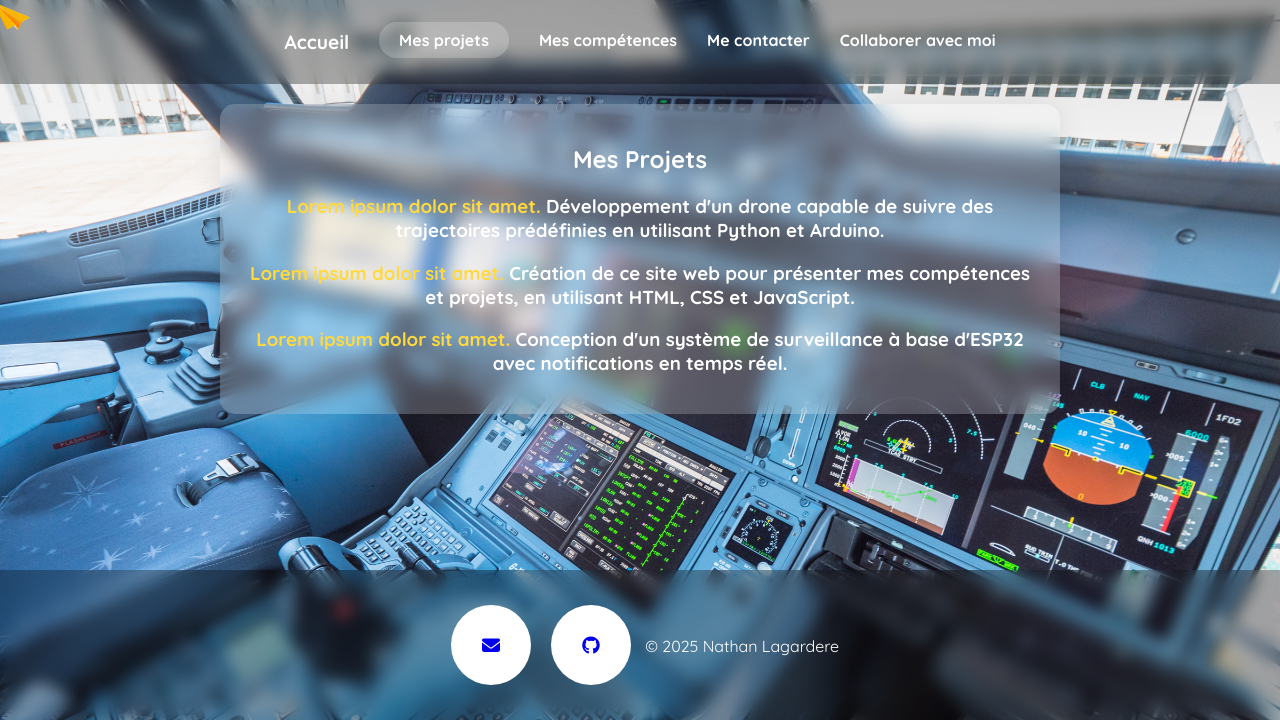
Repository: nlagardere/myportfolio
Page: projects.html
The author's editor kept a copy of each file at every save. The page is drawn from the files as they stood at one save, then again after a run of saves.
The browser window is 1280 px wide. The pictures show the whole page.

Above is the page before, as saved 2025-09-06 10:59:23.

### projects.html
<!DOCTYPE html>
<html lang="fr">
<head>
  <meta charset="UTF-8">
  <meta name="viewport" content="width=device-width, initial-scale=1.0">
  <title>Portfolio</title>

  <link href="https://fonts.googleapis.com/css2?family=Exo+2:wght@400;700&family=Quicksand:wght@400;700&display=swap" rel="stylesheet">
  <link rel="stylesheet" href="https://cdnjs.cloudflare.com/ajax/libs/font-awesome/6.5.0/css/all.min.css">

  <style>
    html{
      scroll-behavior: smooth;
      cursor: none;
    }

    body {
      font-family: 'Quicksand', sans-serif;
      margin: 0;
      padding: 0;
      min-height: 100vh;
      display: flex;
      flex-direction: column;
      background: url('a350.jpg') no-repeat center center;
      background-size: cover;
      color: #fff;

    }

    header {
      text-align: center;
      padding: 30px 20px;
      background: rgba(0,0,0,0.3);
      backdrop-filter: blur(8px);
    }

    .glasscard, .competences {
      background: rgba(255, 255, 255, 0.2);
      border-radius: 15px;
      padding: 20px;
      margin: 20px auto;
      max-width: 800px;
      backdrop-filter: blur(10px);
      box-shadow: 0 4px 30px rgba(0,0,0,0.1);
      text-align: center;
      animation: zoomPop 1s ease forwards;
      color: white;
    }

    .highlight {
      color: #FFD93D;
      font-weight: bold;
    }

    @keyframes zoomPop {
      0% { opacity: 0; transform: scale(0.1) translateZ(-800px); }
      60% { opacity: 1; transform: scale(1.2) translateZ(50px); }
      80% { transform: scale(0.95) translateZ(0); }
      100% { opacity: 1; transform: scale(1) translateZ(0); }
    }

    .wrapper {
      display: inline-flex;
      justify-content: center;
      list-style: none;
      padding: 20px 0;
      margin: 0 auto;
    }

    .wrapper .icon {
      position: relative;
      background: #ffffff;
      border-radius: 50%;
      padding: 15px;
      margin: 0 10px;
      width: 50px;
      height: 50px;
      font-size: 18px;
      display: flex;
      justify-content: center;
      align-items: center;
      cursor: pointer;
      transition: all 0.2s cubic-bezier(0.68, -0.55, 0.265, 1.55);
    }

    .wrapper .tooltip {
      position: absolute;
      bottom: 100%;
      left: 50%;
      transform: translateX(-50%) translateY(-10px);
      font-size: 14px;
      background: #333;
      color: #fff;
      padding: 5px 8px;
      border-radius: 5px;
      opacity: 0;
      pointer-events: none;
      white-space: nowrap;
      transition: all 0.3s cubic-bezier(0.68, -0.55, 0.265, 1.55);
      z-index: 10;
    }

    .wrapper .tooltip::before {
      content: "";
      position: absolute;
      top: 100%;
      left: 50%;
      transform: translateX(-50%) rotate(45deg);
      width: 8px;
      height: 8px;
      background: #333;
    }

    .wrapper .icon:hover .tooltip {
      opacity: 1;
      pointer-events: auto;
      transform: translateX(-50%) translateY(-15px);
    }

    .wrapper .mail:hover,
    .wrapper .mail:hover .tooltip,
    .wrapper .mail:hover .tooltip::before {
      background: #00CED1;
      color: #fff;
    }

    .wrapper .github:hover,
    .wrapper .github:hover .tooltip,
    .wrapper .github:hover .tooltip::before {
      background: #333333;
      color: #fff;
    }

    .footer{
      text-align: center;
      padding: 15px 20px;
      background: rgba(0,0,0,0.3);
      backdrop-filter: blur(8px);
      color: white;
      margin-top: auto;
    }

    .navbar ul {
      list-style: none;
      padding: 0;
      margin: 0;
      display: flex;
      justify-content: center;
      gap: 30px;
      flex-wrap: wrap;
    }
    .navbar ul li {
      display: inline;
    }
    .navbar ul li a {
      text-decoration: none;
      color: white;
      font-weight: bold;
      transition: color 0.3s;
    }
    .navbar ul li a:hover {
      color: #FFD93D;
    }

    .navbar .accueil a {
      font-size: 1.2em;
      font-weight: bold;
      color: #ffffff;
    }
    .navbar .accueil a:hover {
      color: #FFD93D;
    }

    .projets-wrapper {
      background: rgba(255, 255, 255, 0.2);
      backdrop-filter: blur(10px);
      padding: 8px 20px;
      border-radius: 25px;
      color: #fff;
      font-weight: bold;
      transition: all 0.3s ease;
    }

    .projets-wrapper:hover {
      background: rgba(255, 255, 255, 0.4);
      transform: scale(1.05);
      color: #FFD93D;
    }

    #mouse {
  position: fixed;
  top: 0;
  left: 0;
  width: 64px;
  height: 64px;
  background: url('cursor.png') no-repeat center center;
  background-size: contain;
  pointer-events: none; /* pour que le curseur ne bloque pas les clics */
  transform: translate(-50%, -50%);
  z-index: 9999;
  transform: translate(-35%, -25%);
  pointer-events: none;
}




    @media (max-width: 600px) {
      .letter-block .letter {
        font-size: 2.5em;
      }
    }

  </style>
</head>
<body>
  <div id="mouse"></div>
  <header>
    <nav class="navbar">
      <ul>
        <li class="accueil">
          <a href="index - Copie.html">Accueil</a>
        </li>
        <li><a href="projects.html" class="projets-wrapper">Mes projets</a></li>
        <li><a href="competences.html">Mes compétences</a></li>
        <li><a href="contact.html">Me contacter</a></li>
        <li><a href="collaborate.html">Collaborer avec moi</a></li>
      </ul>
    </nav>
  </header>

 <div calss="projects">
    <div class="glasscard">
      <h2>Mes Projets</h2>
      <h3><span class="highlight">Lorem ipsum dolor sit amet.</span> Développement d'un drone capable de suivre des trajectoires prédéfinies en utilisant Python et Arduino.</h3>
      <h3><span class="highlight">Lorem ipsum dolor sit amet.</span> Création de ce site web pour présenter mes compétences et projets, en utilisant HTML, CSS et JavaScript.</h3>
      <h3><span class="highlight">Lorem ipsum dolor sit amet.</span> Conception d'un système de surveillance à base d'ESP32 avec notifications en temps réel.</h3>
    </div>
  </div>


  <div class="footer">
    <ul class="wrapper">
      <li class="icon mail">
        <a href="mailto:nathan.lagardere@gmail.com" target="_blank">
          <span class="tooltip">Mail</span>
          <i class="fas fa-envelope"></i>
        </a>
      </li>
      <li class="icon github">
        <a href="https://github.com/nlagardere" target="_blank">
          <span class="tooltip">Github</span>
          <i class="fab fa-github"></i>
        </a>
      </li>
    </ul>
    © 2025 Nathan Lagardere
  </div>

  <script>
    const mouse = document.querySelector('#mouse')
    window.addEventListener('mousemove', (e) => {
      mouse.style.top = e.pageY + 'px'
      mouse.style.left = e.pageX + 'px'
    })
  </script>
</body>
</html>

After the next 2 saves:
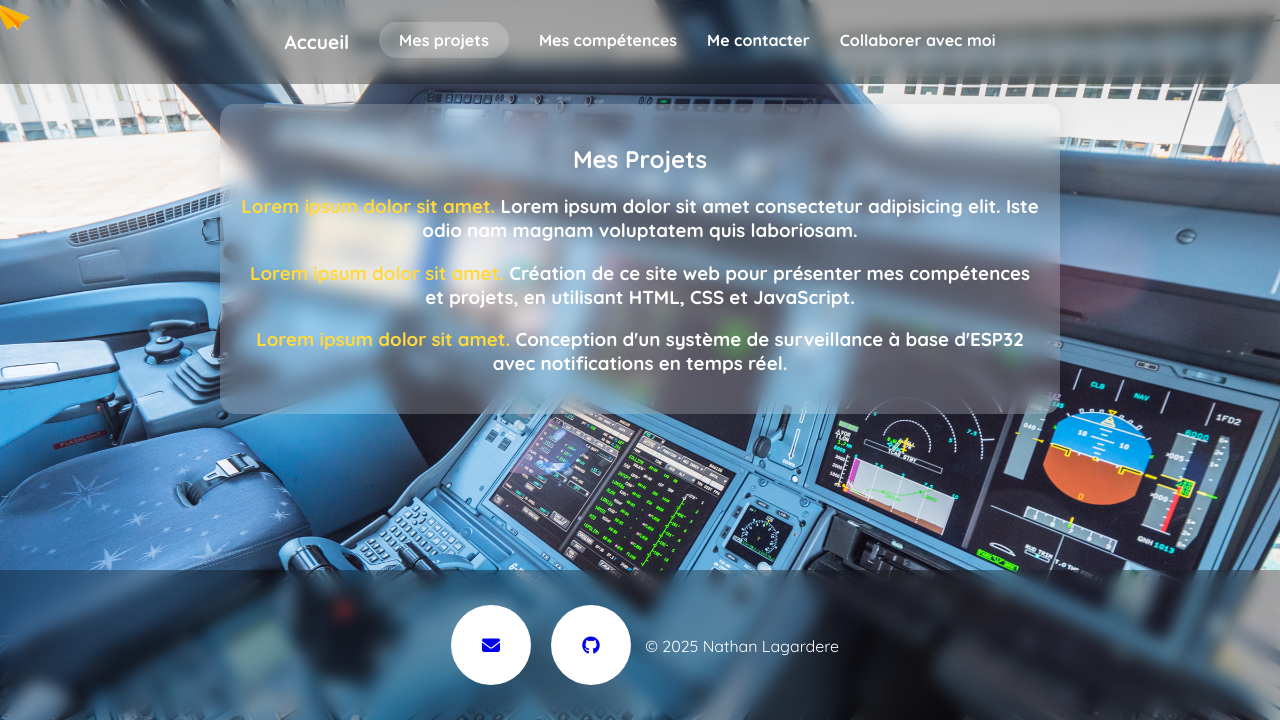
The 2 saves are shown as one change because they came seconds apart.
The last was saved 10 s later.
--- a/projects.html
+++ b/projects.html
@@ -232,7 +232,7 @@
  <div calss="projects">
     <div class="glasscard">
       <h2>Mes Projets</h2>
-      <h3><span class="highlight">Lorem ipsum dolor sit amet.</span> Développement d'un drone capable de suivre des trajectoires prédéfinies en utilisant Python et Arduino.</h3>
+      <h3><span class="highlight">Lorem ipsum dolor sit amet.</span> Lorem ipsum dolor sit amet consectetur adipisicing elit. Iste odio nam magnam voluptatem quis laboriosam.</h3>
       <h3><span class="highlight">Lorem ipsum dolor sit amet.</span> Création de ce site web pour présenter mes compétences et projets, en utilisant HTML, CSS et JavaScript.</h3>
       <h3><span class="highlight">Lorem ipsum dolor sit amet.</span> Conception d'un système de surveillance à base d'ESP32 avec notifications en temps réel.</h3>
     </div>
